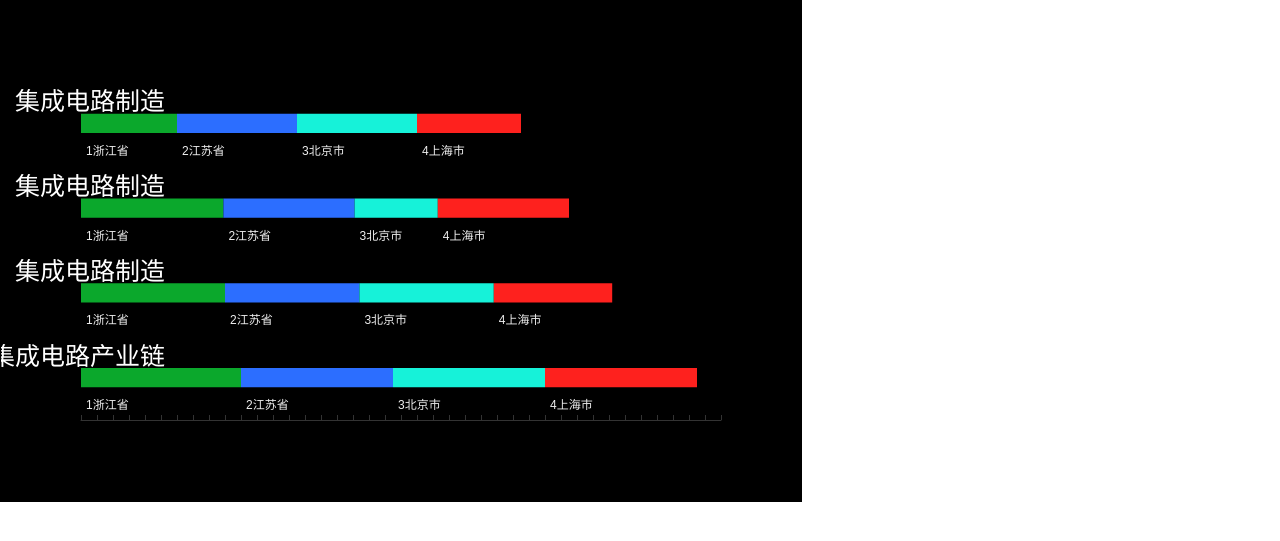
Repository: 572031690/echartproj
Page: /#/test
These files come from the project's save history. The page is drawn as it stood at one moment and after the next save; the edit follows.
The browser window is 1280 px wide. The pictures show the whole page.
The project was rebuilt for these pictures with package versions that can differ from the ones it lists, and the page was loaded fresh each time. Also part of the build but not shown: vue.config.js, src/components/Seller.vue, src/views/SellerPage.vue, src/utils/theme_utils.js, src/components/Trend.vue, src/views/TrendPage.vue, src/utils/map_utils.js, src/components/Map.vue and 9 more.

Above is the page before, as saved 2021-08-03 12:44:10.

### public/index.html
<!DOCTYPE html>
<html lang="en">
  <head>
    <meta charset="utf-8">
    <meta http-equiv="X-UA-Compatible" content="IE=edge">
    <meta name="viewport" content="width=device-width,initial-scale=1.0">
    <link rel="icon" href="<%= BASE_URL %>favicon.ico">
    <title><%= htmlWebpackPlugin.options.title %></title>
  </head>
  <body>
    <noscript>
      <strong>We're sorry but <%= htmlWebpackPlugin.options.title %> doesn't work properly without JavaScript enabled. Please enable it to continue.</strong>
    </noscript>
    <div id="app"></div>
    <!-- built files will be auto injected -->
    <!-- 一旦通过script标签引入的echarts.js的文件之后呢, window.echarts -->
    <script src="static/lib/echarts.min.js"></script>
    <!-- 引入主题的js文件 -->
    <script src="static/theme/chalk.js"></script>
    <script src="static/theme/vintage.js"></script>
  </body>
</html>

### src/main.js
import Vue from 'vue'
import App from './App.vue'
import router from './router'
import store from './store'
// 引入字体的文件
import './assets/font/iconfont.css'
// 引入全局的样式文件
import './assets/css/global.less'
import axios from 'axios'
import SocketService from './utils/socket_service'

// 调用socket **********
// import SocketService from '@/utils/socket_service'
// 对服务端进行webSocket连接 *********
// SocketService.Instance.connect()
// Vue.prototype.$socket = SocketService.Instance

// 请求基准路径的配置
axios.defaults.baseURL = 'http://127.0.0.1:8888/api/'
// 将axios挂载到Vue的原型对象上
// 在别的组件中 this.$http
Vue.prototype.$http = axios

// 将全局的echarts对象挂载到Vue的原型对象上
// 别的组件中 this.$echarts
Vue.prototype.$echarts = window.echarts

Vue.config.productionTip = false

new Vue({
  router,
  store,
  render: h => h(App)
}).$mount('#app')

### src/App.vue
<template>
  <div id="app">
    <!-- 路由占位符 -->
    <router-view></router-view>
  </div>
</template>

<style lang="less">

</style>

### src/router/index.js
import Vue from 'vue'
import VueRouter from 'vue-router'
import SellerPage from '@/views/SellerPage'
import TrendPage from '@/views/TrendPage'
import MapPage from '@/views/MapPage'
import RankPage from '@/views/RankPage'
import HotPage from '@/views/HotPage'
import StockPage from '@/views/StockPage'
import Test from '../components/Test.vue'
import ScreenPage from '@/views/ScreenPage'

Vue.use(VueRouter)

const routes = [
  {
    path: '/',
    redirect: '/screen'
  },
  {
    path: '/screen',
    component: ScreenPage
  },
  {
    path: '/sellerpage',
    component: SellerPage
  },
  {
    path: '/trendpage',
    component: TrendPage
  },
  {
    path: '/mappage',
    component: MapPage
  },
  {
    path: '/rankpage',
    component: RankPage
  },
  {
    path: '/hotpage',
    component: HotPage
  },
  {
    path: '/stockpage',
    component: StockPage
  },
  {
    path: '/test',
    component: Test
  }

]

const router = new VueRouter({
  routes
})

export default router

### src/store/index.js
import Vue from 'vue'
import Vuex from 'vuex'

Vue.use(Vuex)

export default new Vuex.Store({
  state: {
    theme: 'chalk'
  },
  mutations: {
    changeTheme (state) {
      if(state.theme === 'chalk'){
        state.theme = 'vintage'
      }else{
        state.theme = 'chalk'
      }
    }
  },
  actions: {
  },
  modules: {
  }
})

### src/assets/css/global.less
html, body, #app {
  width: 100%;
  height: 100%;
  padding: 0;
  margin: 0;
  overflow: hidden;
}

.com-page {
  width: 100%;
  height: 100%;
  overflow: hidden;
}

.com-container {
  width: 100%;
  height: 100%;
  overflow: hidden;
  position: relative;
}

.com-chart {
  width: 100%;
  height: 100%;
  overflow: hidden;
}

canvas {
  border-radius: 20px;
}

/*无法选中图片文字方法*/
span,div,img{
  user-select:none;
}

### src/utils/socket_service.js
export default class SocketService {
    // 单例的设计模式
    //如果别人通过get Instance 来的到我的实例对象 那我只会给他返回同一个实例对象
    static instance = null
    static get Instance() {
        if (!this.instance) {
            this.instance = new SocketService()
        }
        return this.instance
    }

    //和服务端连接的socket对象
    ws = null
    //存储回调函数
    callBackMapping = {}
    //定义连接服务器的方法
    connect() {
        //连接服务器
        if (!window.WebSocket) {
            return console.log('你的浏览器不支持WebSocket');
        }
        this.ws = new WebSocket('ws://localhost:9998')

        //连接服务端成功
        this.ws.onopen = () => {
            console.log('连接服务端成功');
        }
        //连接服务端失败
        this.ws.onclose = () => {
            console.log('连接服务端失败');
        }
        //得到服务端发送过来的数据
        this.ws.onmessage = msg => {
            console.log('从服务端获取数据');
            //得到的数据在msg的data里面
            // console.log(msg.data);
            const recvData = JSON.parse(msg.data)
            const socketType = recvData.socketType
            //判断回调函数是否存在
            if(this.callBackMapping[socketType]){
                const action = recvData.action
                if(action === 'getData') {
                    const realData = JSON.parse(recvData.data)
                    this.callBackMapping[socketType]
                }else if( action === 'fullScreen') {

                }else if(action === 'themeChange') {

                }
            }
        }
    }
    //回调函数的注册
    registerCallBack(socketType, callBack) {
        this.callBackMapping[socketType] = callBack
    }
    //取消某一个回调函数
    unRegisterCallBack(socketType) {
        this.callBackMapping[socketType] = null
    }

}

### src/components/Test.vue
<template>
  <div class="line-chart" ref="mybar">
    123
  </div>
</template>

<script>
export default {
  mounted() {
    this.getData()
    this.initChart()
  },
  data() {
    return {
      chartInstance: null,
      seriesData: [100, 120, 140, 90, 90, 80],
      barChart: {
        xAxisData: ['类别1', '类别2', '类别3', '类别4'],
        dataList: []
      },

      chartData1: [
        { rank: 1, name: '浙江省', value: 100 },
        { rank: 1, name: '江苏省', value: 90 },
        { rank: 1, name: '北京市', value: 89 },
        { rank: 1, name: '上海市', value: 60 }
      ],
      chartData2: [
        { rank: 2, name: '浙江省', value: 95 },
        { rank: 2, name: '江苏省', value: 84 },
        { rank: 2, name: '北京市', value: 82 },
        { rank: 2, name: '上海市', value: 75 }

      ],
      chartData3: [
        { rank: 3, name: '浙江省', value: 95 },
        { rank: 3, name: '江苏省', value: 84 },
        { rank: 3, name: '北京市', value: 52 },
        { rank: 3, name: '上海市', value: 75 }

      ],
      chartData4: [
        { rank: 4, name: '浙江省', value: 95 },
        { rank: 4, name: '江苏省', value: 74 },
        { rank: 4, name: '北京市', value: 82 },
        { rank: 4, name: '上海市', value: 65 }

      ],
      chartData5: [
        { rank: 5, name: '浙江省', value: 85.5 },
        { rank: 5, name: '江苏省', value: 44 },
        { rank: 5, name: '北京市', value: 72 },
        { rank: 5, name: '上海市', value: 75 }

      ],
      yAxisData: ['集成电路产业链', '集成电路制造', '集成电路制造', '集成电路制造']
    }
  },
  methods: {
    initChart() {
      const colorArr1 = [
        'rgba(11, 168, 44)',
        'rgba(44, 110, 255)',
        'rgba(22, 242, 217)',
        'rgba(254, 33, 30)',
        'rgba(250, 105, 0)'
      ]
      const ChartsData = [
        {
          name: '第一列',
          data: this.chartData1
        },
        {
          name: '第一列',
          data: this.chartData2
        },
        {
          name: '第一列',
          data: this.chartData3
        },
        {
          name: '第一列',
          data: this.chartData4
        },
        {
          name: '第一列',
          data: this.chartData5
        }
      ]
      var serises = ChartsData.map((item, index) => {
        if (item.data[index]) {
          return {
            name: item.data[index].name,
            stack: '类1',
            barWidth: '23%', // 宽度
            itemStyle: {
              color: arg => {
                return colorArr1[arg.componentIndex]
              },
              emphasis: { // 鼠标悬浮后的样式变化
                borderWidth: 5,
                borderType: 'solid',
                color: colorArr1[index],
                borderColor: colorArr1[index]
              }
            },
            data: [item.data[0].value, item.data[1].value, item.data[2].value, item.data[3].value],
            type: 'bar',
            label: {
              show: true,
              position: [5, 32],
              textStyle: {
                color: '#eee',
                fontSize: 12
              },
              formatter: arg => {
                return arg.seriesIndex + 1 + '' + item.data[index].name
              }
            }
          }
        }
      })
      // console.log(serises)
      const chartInstance = this.$echarts.init(this.$refs.mybar)
      const option = {
        tooltip: { // 设置鼠标悬浮提示框
          formatter: arg => {
            console.log(arg, '1111111111')
            return arg.seriesName + ' ' + arg.value
          },
          backgroundColor: '#343c55',
          borderColor: '#3c455a'
        },
        grid: [
          {
            top: 80,
            bottom: 81
          }
        ],
        xAxis: [
          {
            type: 'value',
            // gridIndex: 0,
            axisLabel: {
              // 刻度标签文字
              show: false
            },
            splitLine: {
              show: false
              // x轴横线

            },
            axisLine: {
              // 设置轴线
              show: true
            },
            axisTick: {
              show: true, // 是否显示坐标轴刻度。
              inside: true, // 让坐标轴刻度朝内 默认是false朝外
              length: 5 // 坐标轴刻度线的长度。
            },
            interval: 10 // 强制设置坐标轴刻度间隔值
          }
        ],
        yAxis: [
          {
            type: 'category',
            data: this.yAxisData,
            // gridIndex: 0, // x 轴所在的 grid 的索引，默认位于第一个 grid。
            axisLabel: {
              color: '#fff', // 刻度标签文字的颜色
              padding: [0, 0, 40, 0],
              textStyle: {
                fontSize: 25
              }
            },
            offset: -92, // 设置x轴的偏移 -92是向上 但是得配合onZero: false,使用 不然负数不会生效
            axisLine: {
              onZero: false,
              // 设置轴线
              show: false
            },
            axisTick: {
              show: false // 是否显示坐标轴刻度。
            }
          }
        ],
        series: serises
      }
      chartInstance.setOption(option)
    },
    getData() {
      let sum = 0
      this.seriesData.forEach(item => (sum += item))
      const aver = sum / this.seriesData.length
      // console.log(aver)
      this.barChart.dataList[0] = this.seriesData.map(item => {
        if (item > aver) return item - aver
        else return 0
      })
      this.barChart.dataList[1] = this.seriesData.map(item => {
        if (item > aver) return aver
        else return item
      })
      // console.log(this.barChart.dataList)
    }
  }
}
</script>

<style>
.line-chart {
  width: 800px;
  height: 500px;
  border: 1px solid black;
  background: #000;
}
</style>

### public/static/theme/vintage.js
(function (root, factory) {
    if (typeof define === 'function' && define.amd) {
        // AMD. Register as an anonymous module.
        define(['exports', 'echarts'], factory);
    } else if (typeof exports === 'object' && typeof exports.nodeName !== 'string') {
        // CommonJS
        factory(exports, require('echarts'));
    } else {
        // Browser globals
        factory({}, root.echarts);
    }
}(this, function (exports, echarts) {
    var log = function (msg) {
        if (typeof console !== 'undefined') {
            console && console.error && console.error(msg);
        }
    };
    if (!echarts) {
        log('ECharts is not Loaded');
        return;
    }
    echarts.registerTheme('vintage', {
        "color": [
            '#0ba82c',
            '#2c6eff',
            '#16f2d9',
            '#fe211e',
            '#fa6900',
            "#eedd78",
            "#73a373",
            "#73b9bc",
            "#7289ab",
            "#91ca8c",
            "#f49f42"
        ],
        "backgroundColor": "#ffffff",
        "textStyle": {},
        "title": {
            "textStyle": {
                "color": "#333333"
            },
            "subtextStyle": {
                "color": "#aaa"
            }
        },
        "line": {
            "itemStyle": {
                "normal": {
                    "borderWidth": "4"
                }
            },
            "lineStyle": {
                "normal": {
                    "width": "3"
                }
            },
            "symbolSize": "0",
            "symbol": "circle",
            "smooth": true
        },
        "radar": {
            "itemStyle": {
                "normal": {
                    "borderWidth": 1
                }
            },
            "lineStyle": {
                "normal": {
                    "width": 2
                }
            },
            "symbolSize": 4,
            "symbol": "emptyCircle",
            "smooth": false
        },
        "bar": {
            "itemStyle": {
                "normal": {
                    "barBorderWidth": 0,
                    "barBorderColor": "#ccc"
                },
                "emphasis": {
                    "barBorderWidth": 0,
                    "barBorderColor": "#ccc"
                }
            }
        },
        "pie": {
            "itemStyle": {
                "normal": {
                    "borderWidth": 0,
                    "borderColor": "#ccc"
                },
                "emphasis": {
                    "borderWidth": 0,
                    "borderColor": "#ccc"
                }
            }
        },
        "scatter": {
            "itemStyle": {
                "normal": {
                    "borderWidth": 0,
                    "borderColor": "#ccc"
                },
                "emphasis": {
                    "borderWidth": 0,
                    "borderColor": "#ccc"
                }
            }
        },
        "boxplot": {
            "itemStyle": {
                "normal": {
                    "borderWidth": 0,
                    "borderColor": "#ccc"
                },
                "emphasis": {
                    "borderWidth": 0,
                    "borderColor": "#ccc"
                }
            }
        },
        "parallel": {
            "itemStyle": {
                "normal": {
                    "borderWidth": 0,
                    "borderColor": "#ccc"
                },
                "emphasis": {
                    "borderWidth": 0,
                    "borderColor": "#ccc"
                }
            }
        },
        "sankey": {
            "itemStyle": {
                "normal": {
                    "borderWidth": 0,
                    "borderColor": "#ccc"
                },
                "emphasis": {
                    "borderWidth": 0,
                    "borderColor": "#ccc"
                }
            }
        },
        "funnel": {
            "itemStyle": {
                "normal": {
                    "borderWidth": 0,
                    "borderColor": "#ccc"
                },
                "emphasis": {
                    "borderWidth": 0,
                    "borderColor": "#ccc"
                }
            }
        },
        "gauge": {
            "itemStyle": {
                "normal": {
                    "borderWidth": 0,
                    "borderColor": "#ccc"
                },
                "emphasis": {
                    "borderWidth": 0,
                    "borderColor": "#ccc"
                }
            }
        },
        "candlestick": {
            "itemStyle": {
                "normal": {
                    "color": "#c23531",
                    "color0": "#314656",
                    "borderColor": "#c23531",
                    "borderColor0": "#314656",
                    "borderWidth": 1
                }
            }
        },
        "graph": {
            "itemStyle": {
                "normal": {
                    "borderWidth": 0,
                    "borderColor": "#ccc"
                }
            },
            "lineStyle": {
                "normal": {
                    "width": 1,
                    "color": "#aaa"
                }
            },
            "symbolSize": 4,
            "symbol": "emptyCircle",
            "smooth": false,
            "color": [
                "#d87c7c",
                "#919e8b",
                "#d7ab82",
                "#6e7074",
                "#61a0a8",
                "#efa18d",
                "#787464",
                "#cc7e63",
                "#724e58",
                "#4b565b"
            ],
            "label": {
                "normal": {
                    "textStyle": {
                        "color": "#eee"
                    }
                }
            }
        },
        "map": {
            "itemStyle": {
                "normal": {
                    "areaColor": "#eeeeee",
                    "borderColor": "#444444",
                    "borderWidth": 0.5
                },
                "emphasis": {
                    "areaColor": "rgba(255,215,0,0.8)",
                    "borderColor": "#444444",
                    "borderWidth": 1
                }
            },
            "label": {
                "normal": {
                    "textStyle": {
                        "color": "#000000"
                    }
                },
                "emphasis": {
                    "textStyle": {
                        "color": "rgb(100,0,0)"
                    }
                }
            }
        },
        "geo": {
            "itemStyle": {
                "normal": {
                    "areaColor": "#eeeeee",
                    "borderColor": "#444444",
                    "borderWidth": 0.5
                },
                "emphasis": {
                    "areaColor": "rgba(255,215,0,0.8)",
                    "borderColor": "#444444",
                    "borderWidth": 1
                }
            },
            "label": {
                "normal": {
                    "textStyle": {
                        "color": "#000000"
                    }
                },
                "emphasis": {
                    "textStyle": {
                        "color": "rgb(100,0,0)"
                    }
                }
            }
        },
        "categoryAxis": {
            "axisLine": {
                "show": true,
                "lineStyle": {
                    "color": "#333"
                }
            },
            "axisTick": {
                "show": true,
                "lineStyle": {
                    "color": "#333"
                }
            },
            "axisLabel": {
                "show": true,
                "textStyle": {
                    "color": "#999"
                }
            },
            "splitLine": {
                "show": false,
                "lineStyle": {
                    "color": [
                        "#ccc"
                    ]
                }
            },
            "splitArea": {
                "show": false,
                "areaStyle": {
                    "color": [
                        "rgba(250,250,250,0.3)",
                        "rgba(200,200,200,0.3)"
                    ]
                }
            }
        },
        "valueAxis": {
            "axisLine": {
                "show": true,
                "lineStyle": {
                    "color": "#666666"
                }
            },
            "axisTick": {
                "show": false,
                "lineStyle": {
                    "color": "#333"
                }
            },
            "axisLabel": {
                "show": true,
                "textStyle": {
                    "color": "#aaaaaa"
                }
            },
            "splitLine": {
                "show": false,
                "lineStyle": {
                    "color": [
                        "#e6e6e6"
                    ]
                }
            },
            "splitArea": {
                "show": false,
                "areaStyle": {
                    "color": [
                        "rgba(250,250,250,0.05)",
                        "rgba(200,200,200,0.02)"
                    ]
                }
            }
        },
        "logAxis": {
            "axisLine": {
                "show": true,
                "lineStyle": {
                    "color": "#333"
                }
            },
            "axisTick": {
                "show": true,
                "lineStyle": {
                    "color": "#333"
                }
            },
            "axisLabel": {
                "show": true,
                "textStyle": {
                    "color": "#333"
                }
            },
            "splitLine": {
                "show": true,
                "lineStyle": {
                    "color": [
                        "#ccc"
                    ]
                }
            },
            "splitArea": {
                "show": false,
                "areaStyle": {
                    "color": [
                        "rgba(250,250,250,0.3)",
                        "rgba(200,200,200,0.3)"
                    ]
                }
            }
        },
        "timeAxis": {
            "axisLine": {
                "show": true,
                "lineStyle": {
                    "color": "#333"
                }
            },
            "axisTick": {
                "show": true,
                "lineStyle": {
                    "color": "#333"
                }
            },
            "axisLabel": {
                "show": true,
                "textStyle": {
                    "color": "#333"
                }
            },
            "splitLine": {
                "show": true,
                "lineStyle": {
                    "color": [
                        "#ccc"
                    ]
                }
            },
            "splitArea": {
                "show": false,
                "areaStyle": {
                    "color": [
                        "rgba(250,250,250,0.3)",
                        "rgba(200,200,200,0.3)"
                    ]
                }
            }
        },
        "toolbox": {
            "iconStyle": {
                "normal": {
                    "borderColor": "#999999"
                },
                "emphasis": {
                    "borderColor": "#666666"
                }
            }
        },
        "legend": {
            "textStyle": {
                "color": "#333333"
            }
        },
        "tooltip": {
            "axisPointer": {
                "lineStyle": {
                    "color": "#cccccc",
                    "width": 1
                },
                "crossStyle": {
                    "color": "#cccccc",
                    "width": 1
                }
            }
        },
        "timeline": {
            "lineStyle": {
                "color": "#293c55",
                "width": 1
            },
            "itemStyle": {
                "normal": {
                    "color": "#293c55",
                    "borderWidth": 1
                },
                "emphasis": {
                    "color": "#a9334c"
                }
            },
            "controlStyle": {
                "normal": {
                    "color": "#293c55",
                    "borderColor": "#293c55",
                    "borderWidth": 0.5
                },
                "emphasis": {
                    "color": "#293c55",
                    "borderColor": "#293c55",
                    "borderWidth": 0.5
                }
            },
            "checkpointStyle": {
                "color": "#e43c59",
                "borderColor": "rgba(194,53,49,0.5)"
            },
            "label": {
                "normal": {
                    "textStyle": {
                        "color": "#293c55"
                    }
                },
                "emphasis": {
                    "textStyle": {
                        "color": "#293c55"
                    }
                }
            }
        },
        "visualMap": {
            "color": [
                "#bf444c",
                "#d88273",
                "#f6efa6"
            ]
        },
        "dataZoom": {
            "backgroundColor": "rgba(47,69,84,0)",
            "dataBackgroundColor": "rgba(47,69,84,0.3)",
            "fillerColor": "rgba(167,183,204,0.4)",
            "handleColor": "#a7b7cc",
            "handleSize": "100%",
            "textStyle": {
                "color": "#333333"
            }
        },
        "markPoint": {
            "label": {
                "normal": {
                    "textStyle": {
                        "color": "#eee"
                    }
                },
                "emphasis": {
                    "textStyle": {
                        "color": "#eee"
                    }
                }
            }
        }
    });
}));

Loaded but not shown: src/assets/font/iconfont.css (common file); public/static/lib/echarts.min.js (library); public/static/theme/chalk.js (521 lines, source omitted)

After the next save:
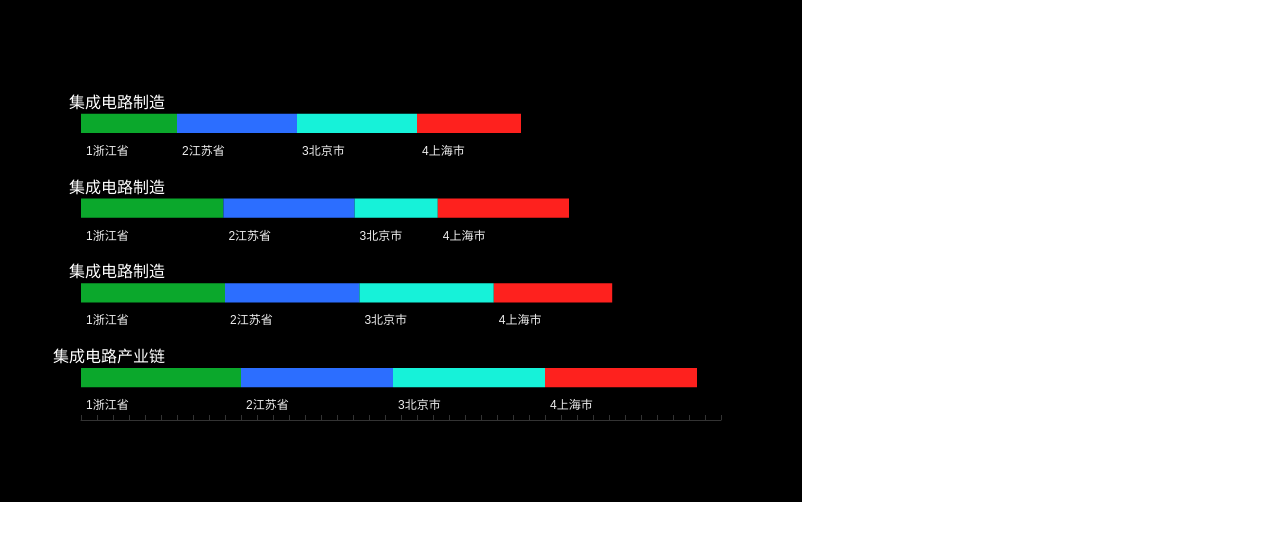
Saved 5 s later.
--- a/src/components/Test.vue
+++ b/src/components/Test.vue
@@ -171,7 +171,7 @@ export default {
               color: '#fff', // 刻度标签文字的颜色
               padding: [0, 0, 40, 0],
               textStyle: {
-                fontSize: 25
+                fontSize: 16
               }
             },
             offset: -92, // 设置x轴的偏移 -92是向上 但是得配合onZero: false,使用 不然负数不会生效
